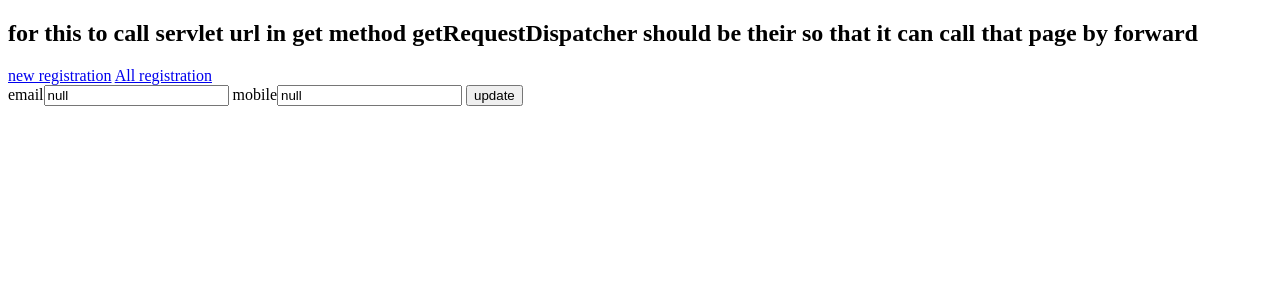
Repository: anujkumar163/Tom_cad
Page: http://localhost/student_app/update
An editor plug-in stored every save of this project. The page is shown before and after the next save, followed by the edit.
The browser window is 1280 px wide. The pictures show the whole page.
The page is served by Tomcat 9. Other server files are loaded and not shown.

Above is the page before, as saved 2022-06-10 10:10:16.

### student_app/src/main/webapp/update.jsp
<%@ page language="java" contentType="text/html; charset=ISO-8859-1"
    pageEncoding="ISO-8859-1"%>

<%@ include file="menu.jsp" %>
<!DOCTYPE html>
<html>
<head>
<meta charset="ISO-8859-1">
<title>Insert title here</title>
</head>
<body>
	<form action="update" method="post">
	email<input type="text" name="email" value="<%=request.getAttribute("email") %>">
	mobile<input type="text" name="mobile" value="<%=request.getAttribute("mobile") %>">
	<input type="submit" value="update">
	</form>

</body>
</html>

### student_app/src/main/webapp/menu.jsp
<%@ page language="java" contentType="text/html; charset=ISO-8859-1"
    pageEncoding="ISO-8859-1"%>
<!DOCTYPE html>
<html>
<head>
<meta charset="ISO-8859-1">
<title>Insert title here</title>
</head>
<body>
	<h2>for this to call servlet url in get method getRequestDispatcher
	should be their so that it can call that page by forward</h2>
	<a href="register">new registration</a>
	<a href="ListAll">All registration</a>
</body>
</html>

### student_app/src/main/java/com/student_app/controller/UpdateController.java
package com.student_app.controller;

import java.io.IOException;
import java.sql.ResultSet;

import javax.servlet.RequestDispatcher;
import javax.servlet.ServletException;
import javax.servlet.annotation.WebServlet;
import javax.servlet.http.HttpServlet;
import javax.servlet.http.HttpServletRequest;
import javax.servlet.http.HttpServletResponse;

import com.student_app.model.DAOService;
import com.student_app.model.DAOServiceImpl;


@WebServlet("/update")
public class UpdateController extends HttpServlet {
	private static final long serialVersionUID = 1L;


    public UpdateController() {
        super();

    }

	protected void doGet(HttpServletRequest request, HttpServletResponse response) throws ServletException, IOException {
		String email = request.getParameter("email");
		String mobile = request.getParameter("mobile");
		//showing this date get from listall registr email, mobile in update page

		request.setAttribute("email", email);
		request.setAttribute("mobile", mobile);

		RequestDispatcher rd = request.getRequestDispatcher("update.jsp");
		rd.forward(request, response);
	}


	protected void doPost(HttpServletRequest request, HttpServletResponse response) throws ServletException, IOException {
		String email = request.getParameter("email");
		String mobile = request.getParameter("mobile");
		DAOService service =new DAOServiceImpl();
		service.connectDB();

		service.updateReg(email, mobile);

		ResultSet result = service.showAll();
		request.setAttribute("result", result);
		RequestDispatcher rd = request.getRequestDispatcher("listAll.jsp");
		rd.forward(request, response);

	}

}

After the next save:
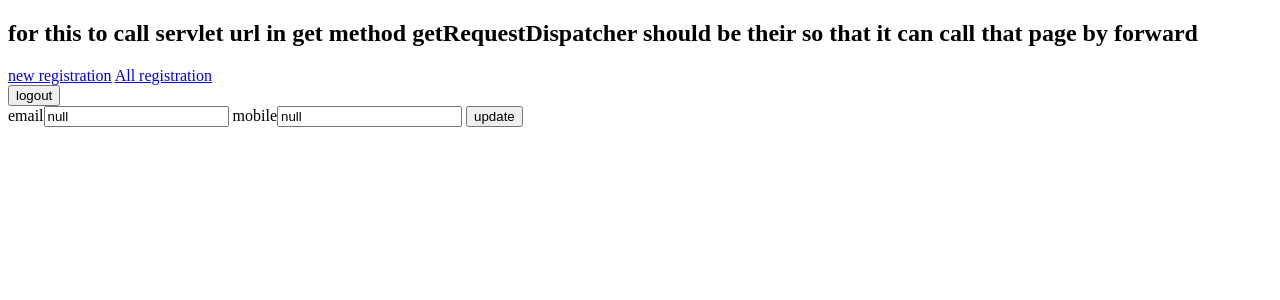
Saved 54 s later.
--- a/student_app/src/main/webapp/menu.jsp
+++ b/student_app/src/main/webapp/menu.jsp
@@ -11,5 +11,8 @@
 	should be their so that it can call that page by forward</h2>
 	<a href="register">new registration</a>
 	<a href="ListAll">All registration</a>
+	<form action="logout" method="post">
+	<input type="submit" value="logout">
+	</form>
 </body>
 </html>
